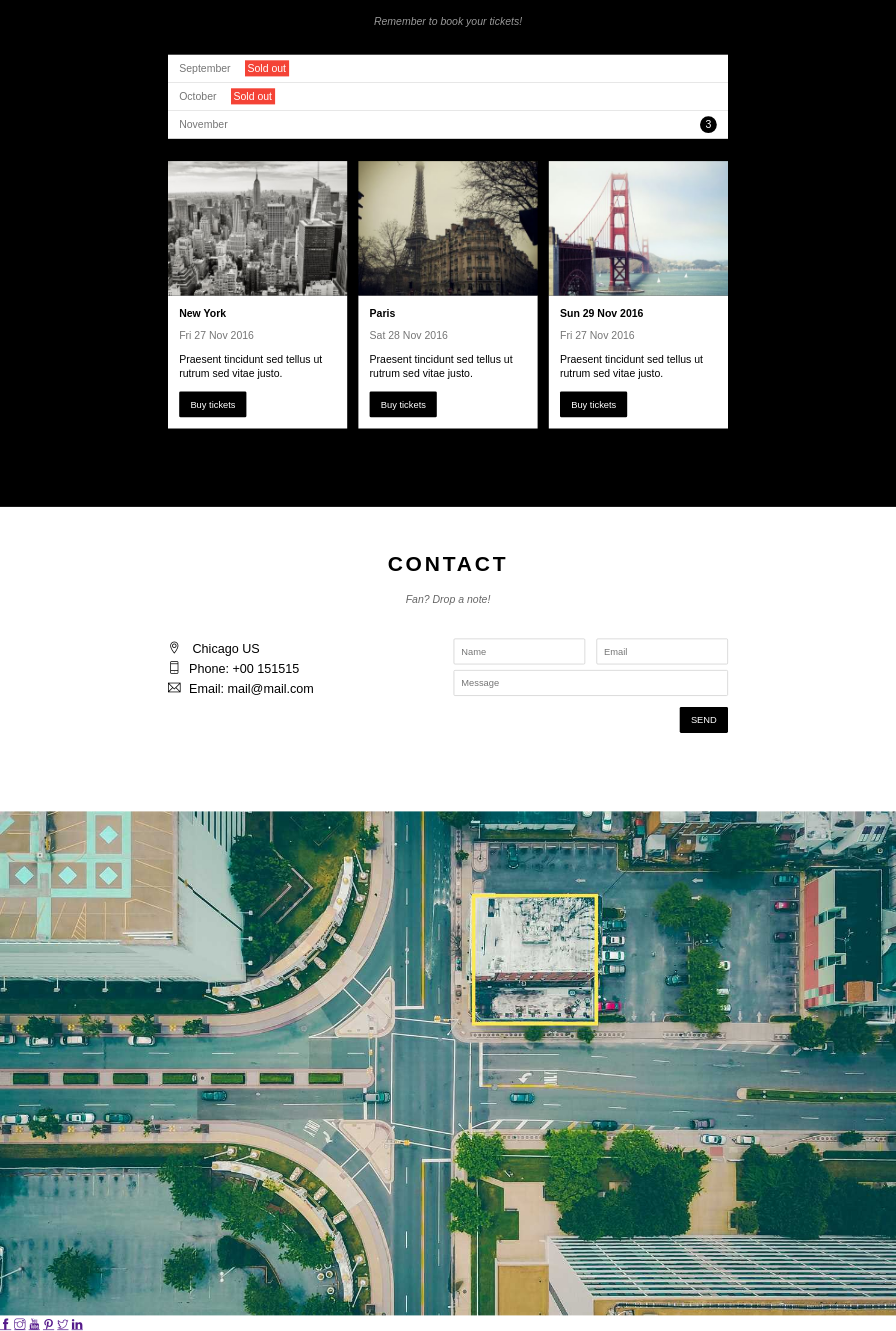
Repository: Phunobita/The-band-w3school
Page: index.html
The author's editor kept a copy of each file at every save. The page is drawn from the files as they stood at one save, then again after the next save.
The browser window is 1280 px wide. The pictures show the part of the page from y = 1093 to 3013 px (the page is 2995 px tall before and 3013 px after), at 70% of full size.
A picture or video elsewhere on the page could not be fetched, so the positions and the page height are approximate.

Above is the page before, as saved 2021-12-03 16:48:27.

After the next save:
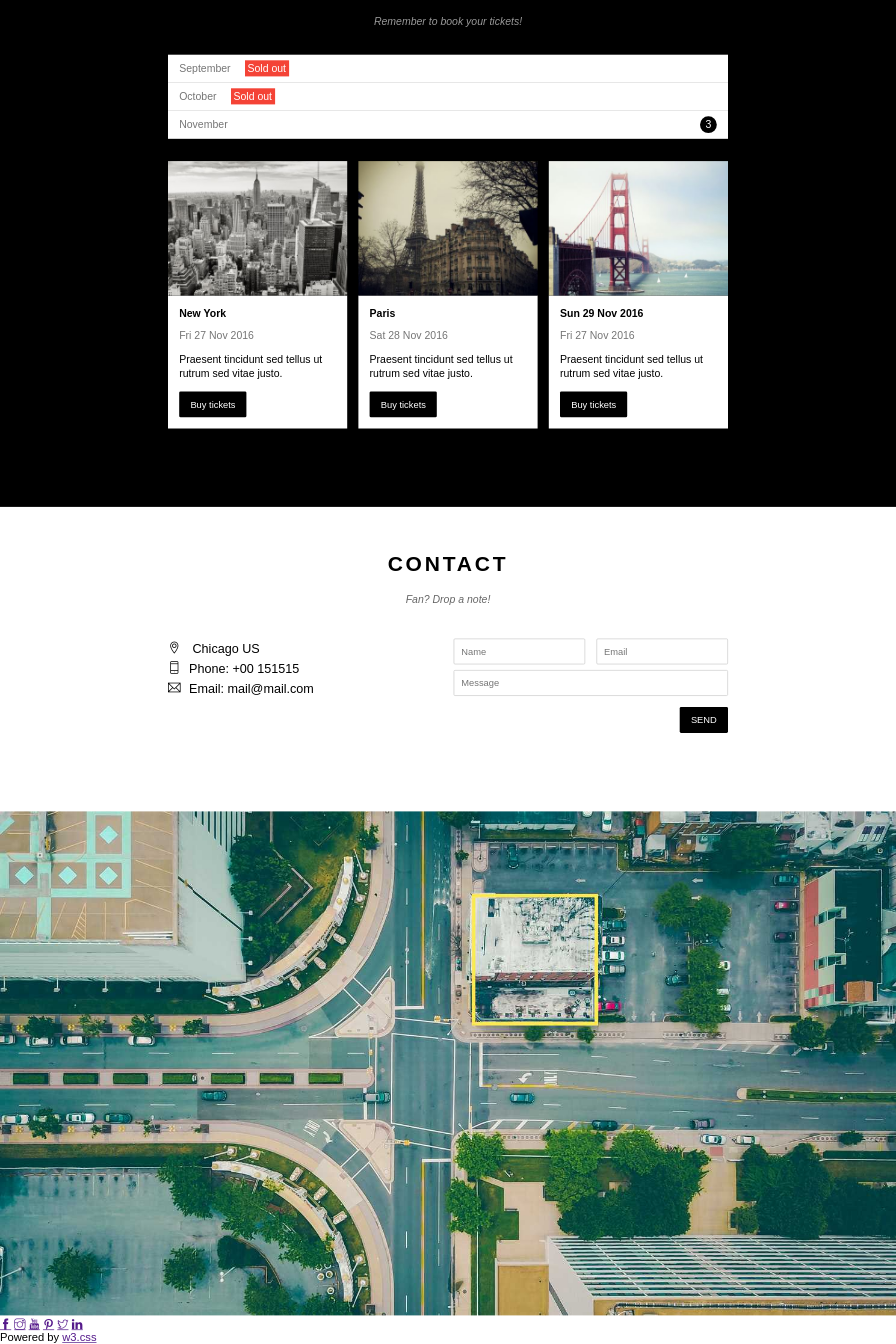
Saved 59 s later.
--- a/index.html
+++ b/index.html
@@ -174,6 +174,7 @@
                     <a href=""><i class="ti-twitter"></i></a>
                     <a href=""><i class="ti-linkedin"></i></a>
                 </div>
+                <p class="copyright">Powered by <a href="">w3.css</a></p>
             </div>
         </div>
 
